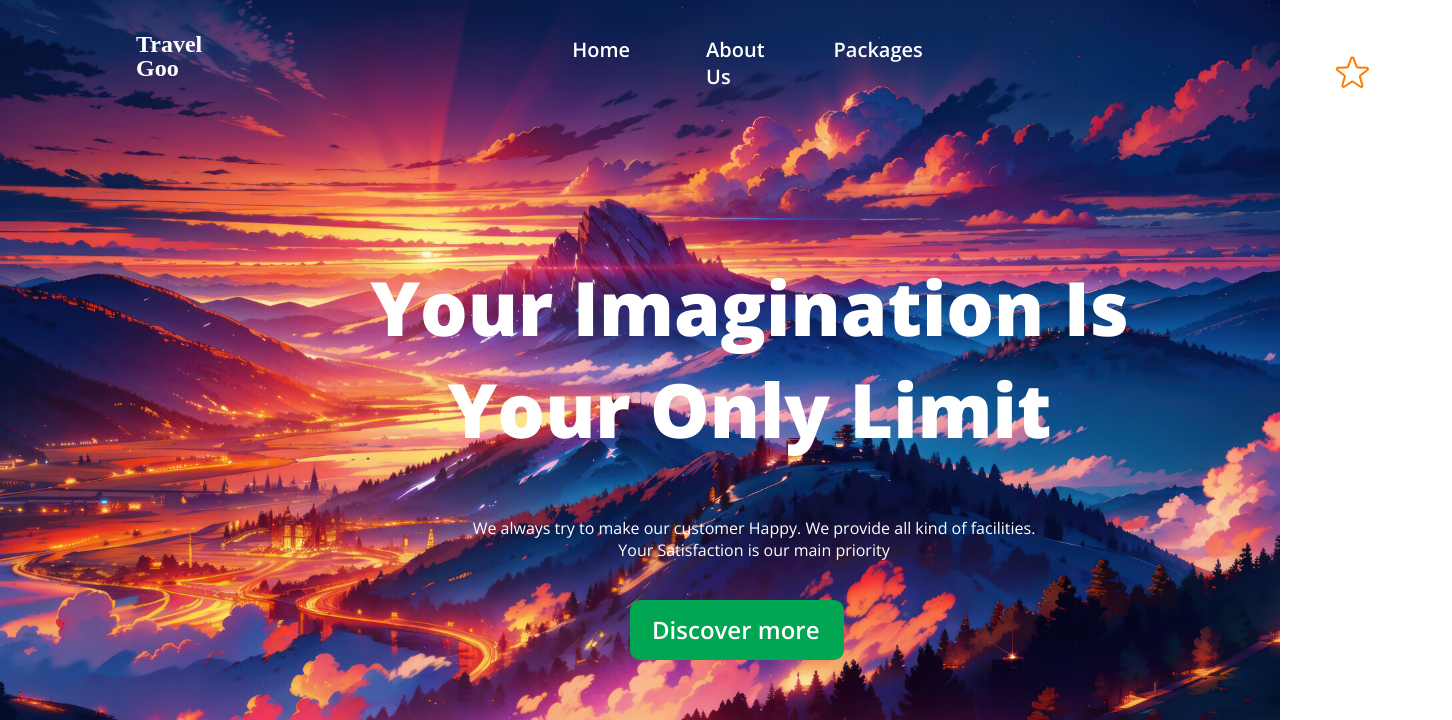
Repository: HeybetzadeQedim/task-3
Page: index.html
An editor plug-in stored every save of this project. The page is shown before and after a run of saves, followed by the edit.
The browser window is 1280 px wide. The page is 1452 px wide, then 1280 px, so the pictures cover 1452 px, including what lies to the right of the window. The pictures show the whole page.
Some web fonts or font styles are not loaded; a fallback is used.

Above is the page before, as saved 2023-10-07 13:38:37.

### index.html
<!DOCTYPE html>
<html lang="en">
<head>
    <meta charset="UTF-8">
    <meta name="viewport" content="width=device-width, initial-scale=1.0">
    <title>Document</title>
    <link rel="stylesheet" href="./index.css"
</head>
<body>
    <div class="box-container">
        <div class="main-container">
            <p class="text-1">Travel<br> Goo</p>
            <ul>
                <li>Home</li>
                <li>About Us</li>
                <li>Packages</li>
            </ul>
            <div class="image-container">
                <img src="./images/clarity_favorite-line.svg">
                <img src="./images/healthicons_ui-user-profile-outline.svg">
            </div>
        </div>

        <h1>Your Imagination Is Your Only Limit</h1>
        <p class="text-2">We always try to make our customer Happy. We provide all kind of facilities. Your Satisfaction is our main priority</p>
        <p class="text-3">Discover more</p>


    </div>


</body>
</html>

### index.css
@import url("https://fonts.googleapis.com/css2?family=Laila:wght@700&family=Open+Sans:wght@400;600;700;800&display=swap");
* {
  margin: 0;
  padding: 0;
  box-sizing: border-box;
}
.box-container {
  background-image: url(./images/sunset-mountain-landscape-scenery-ai-art-hd-wallpaper-uhdpaper.com-744@1@l.jpg);
  min-height: 100vh;
  background-size: 100% 100%;
}
.text-1 {
  color: #fff;
  margin-top: 32px;
  margin-left: 136px;
  font-family: Laila;
  font-size: 24px;
  font-style: normal;
  font-weight: 700;
  line-height: 102.5%;
}
ul {
  display: flex;
  margin-left: 370px;
  list-style-type: none;
  margin-top: 36px;
}
ul li:nth-child(2) {
  margin-left: 76px;
  margin-right: 69px;
}
li {
  color: #fff;
  font-family: Open Sans;
  font-size: 20px;
  font-style: normal;
  font-weight: 600;
  line-height: normal;
}
.main-container {
  display: flex;
}
.image-container {
  margin-left: 411px;
  display: flex;
}
.image-container img:first-child {
  margin-top: 54px;
  margin-right: 34px;
  width: 36px;
  height: 36px;
}
.image-container img:last-child {
  margin-top: 48px;
  width: 48px;
  height: 48px;
}
h1 {
  color: #fff;
  margin-left: 360px;
  margin-top: 160px;
  width: 779px;
  text-align: center;
  font-family: Open Sans;
  font-size: 75px;
  font-style: normal;
  font-weight: 800;
  line-height: normal;
}
.text-2 {
  color: #fff;
  margin-top: 57px;
  margin-left: 470px;
  width: 568px;
  text-align: center;
  font-family: Open Sans;
  font-size: 16px;
  font-style: normal;
  font-weight: 400;
  line-height: normal;
}
.text-3 {
  color: #fff;
  margin-left: 630px;
  margin-top: 39px;
  border-radius: 10px;
  background-color: #00A651;
  display: inline-block;
  padding: 13px 24px 14px 22px;
  text-align: center;
  font-family: Open Sans;
  font-size: 24px;
  font-style: normal;
  font-weight: 600;
  line-height: normal;
}

After the next 2 saves:
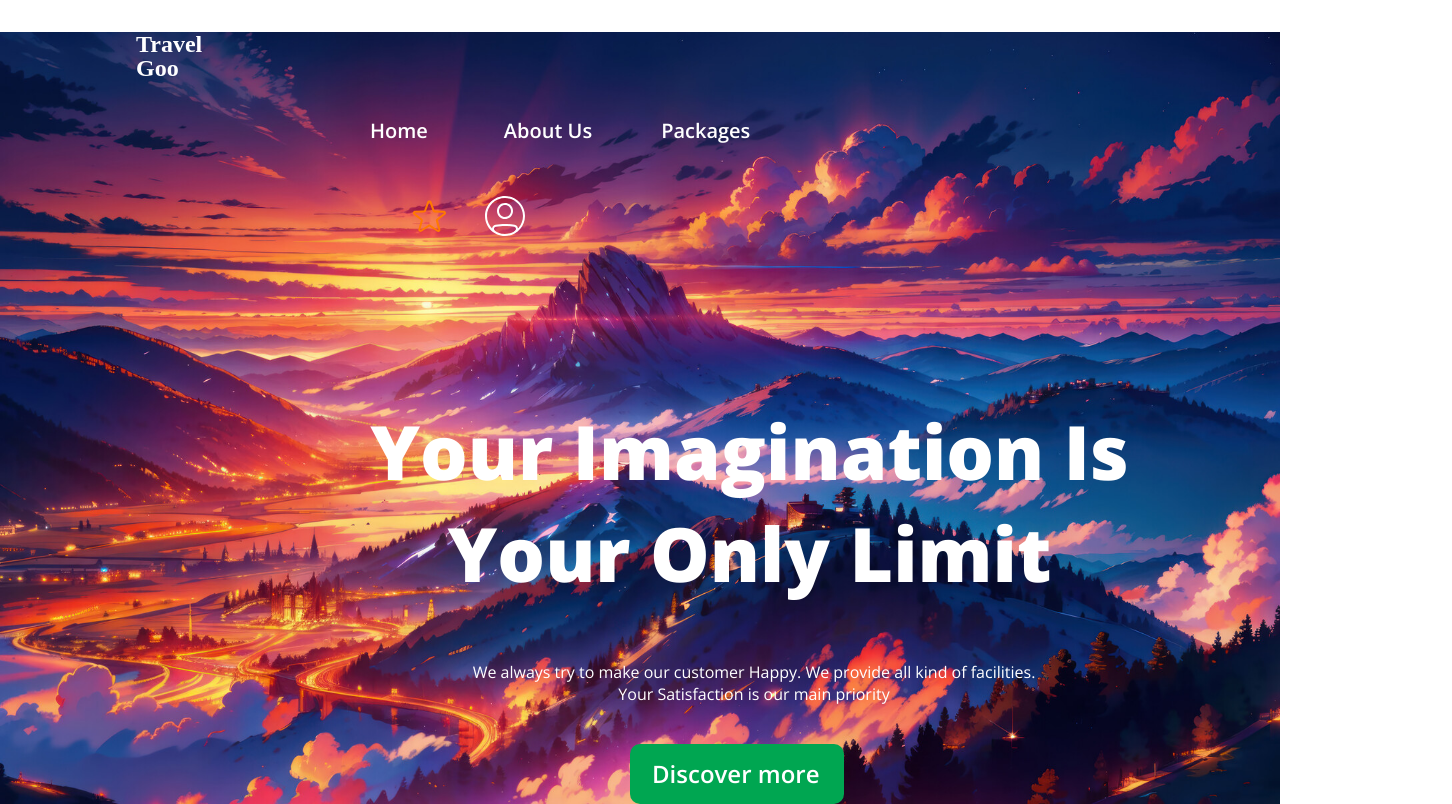
The 2 saves are shown as one change because they came seconds apart.
The last was saved 62 s later.
--- a/index.html
+++ b/index.html
@@ -8,7 +8,7 @@
 </head>
 <body>
     <div class="box-container">
-        <div class="main-container">
+        <nav>
             <p class="text-1">Travel<br> Goo</p>
             <ul>
                 <li>Home</li>
@@ -19,7 +19,7 @@
                 <img src="./images/clarity_favorite-line.svg">
                 <img src="./images/healthicons_ui-user-profile-outline.svg">
             </div>
-        </div>
+        </nav>
 
         <h1>Your Imagination Is Your Only Limit</h1>
         <p class="text-2">We always try to make our customer Happy. We provide all kind of facilities. Your Satisfaction is our main priority</p>
